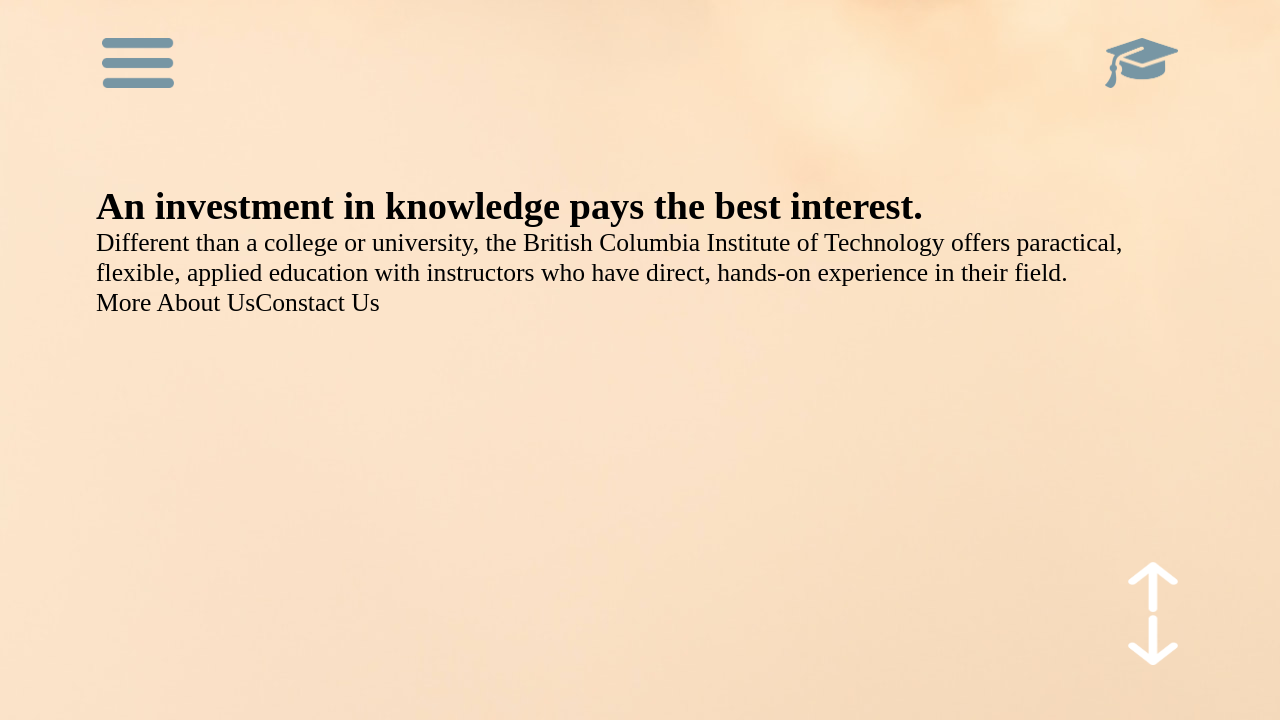
Repository: Kinakopan/playwright_bcit
Page: /
An editor plug-in stored every save of this project. The page is shown before and after the next save, followed by the edit.
The browser window is 1280 px wide. The pictures show the whole page.
Some web fonts or font styles are not loaded; a fallback is used. The project was rebuilt for these pictures with package versions that can differ from the ones it lists, and the page was loaded fresh each time. The framework's server and built-in components were replaced by stand-ins that run in the browser. Also part of the build but not shown: next.config.js.

Above is the page before, as saved 2023-01-28 10:46:21.

### pages/_app.js
// import '@/styles/globals.css'
import '../styles/globals.css'
import '../styles/variables.css'
import Head from 'next/head'

export default function App({ Component, pageProps }) {
  return (
    <>
      <Head>
        <title>Example #1</title>
        <meta name="description" content="Generated by create next app" />
        <meta name="viewport" content="width=device-width, initial-scale=1" />
        <link href="https://fonts.googleapis.com/css2?family=Myriad+Pro:wght@100;400;700&display=swap" rel="stylesheet" />
        <link rel="icon" href="/favicon.ico" />
      </Head>
      <Component {...pageProps} />
    </>
  )
}

### pages/index.js
// import axios from 'axios'
import Link from 'next/link';
import styles from '@/styles/Home.module.css';
import Arrow from '/components/arrow';
import Navbar from '/components/navbar';
import { Inter } from '@next/font/google';
import { useState, useEffect } from 'react';

const inter = Inter({ subsets: ['latin'] })

export default function Home() {
  // const [bgImg, setBgImg] = useState('/background-images/backgroundMountain.jpg');
  // const [upArrowClicked, setUpArrowClicked] = useState(false);
  // const [downArrowClicked, setDownArrowClicked] = useState(false);

  // useEffect(() => {
  //   if (upArrowClicked) {
  //     if (bgImg==='/background-images/backgroundMountainUpsideDown.jpg') {
  //       setBgImg('/background-images/backgroundMountain.jpg');
  //     }
  //   }
  // });

  // useEffect(() => {
  //   if (downArrowClicked) {
  //     if (bgImg===('/background-images/backgroundMountain.jpg')) {
  //       setBgImg('/background-images/backgroundMountainUpsideDown.jpg');
  //     }
  //   }
  // });

  return (
    <>
      <div
        className={styles.homeBody}
        // style={{backgroundImage: `url(${bgImg})`}}
        style={{backgroundImage: `url(/background-images/backgroundMountain.jpg)`}}
        >
        <div className={styles.wrapper}>

          <Navbar/>

          {/* Main contents under nav bar */}
          <main className={styles.main}>
            <div className={styles.cont_main}>
              <h2 className={styles.text_heading}>
                An investment in knowledge pays the best interest.
              </h2>
              <p className={styles.text_body}>
                Different than a college or university, the British Columbia Institute of Technology offers paractical, flexible, applied education with instructors who have direct, hands-on experience in their field.
              </p>
              <div className={styles.btnBox}>
                <Link
                  className={styles.btn_about}
                  href="/about">More About Us</Link>
                <Link
                  className={styles.btn_contact}
                  href="/contact">Constact Us</Link>
              </div>
            </div>
          </main>

          <Arrow/>

        </div>
      </div>
    </>
  )
}

### styles/variables.css
:root {
  --primary-color: |#fff;
  --secondary-color: #F4D6B9;
  --ternary-color: #7796A4;
  --quaternary-color: #14343D;
  --quinary-color: rgba(16,46,53,0.5);
}

### styles/Home.module.css
@import '/styles/variables.css';

.main {
  display: flex;
  flex-direction: column;
  justify-content: space-between;
  align-items: center;
  padding: 6rem;
  min-height: 100vh;
}

.description {
  display: inherit;
  justify-content: inherit;
  align-items: inherit;
  font-size: 0.85rem;
  max-width: var(--max-width);
  width: 100%;
  z-index: 2;
  font-family: var(--font-mono);
}

.description a {
  display: flex;
  justify-content: center;
  align-items: center;
  gap: 0.5rem;
}

.description p {
  position: relative;
  margin: 0;
  padding: 1rem;
  background-color: rgba(var(--callout-rgb), 0.5);
  border: 1px solid rgba(var(--callout-border-rgb), 0.3);
  border-radius: var(--border-radius);
}

.code {
  font-weight: 700;
  font-family: var(--font-mono);
}

.grid {
  display: grid;
  grid-template-columns: repeat(4, minmax(25%, auto));
  width: var(--max-width);
  max-width: 100%;
}

.card {
  padding: 1rem 1.2rem;
  border-radius: var(--border-radius);
  background: rgba(var(--card-rgb), 0);
  border: 1px solid rgba(var(--card-border-rgb), 0);
  transition: background 200ms, border 200ms;
}

.card span {
  display: inline-block;
  transition: transform 200ms;
}

.card h2 {
  font-weight: 600;
  margin-bottom: 0.7rem;
}

.card p {
  margin: 0;
  opacity: 0.6;
  font-size: 0.9rem;
  line-height: 1.5;
  max-width: 30ch;
}

.center {
  display: flex;
  justify-content: center;
  align-items: center;
  position: relative;
  padding: 4rem 0;
}

.center::before {
  background: var(--secondary-glow);
  border-radius: 50%;
  width: 480px;
  height: 360px;
  margin-left: -400px;
}

.center::after {
  background: var(--primary-glow);
  width: 240px;
  height: 180px;
  z-index: -1;
}

.center::before,
.center::after {
  content: '';
  left: 50%;
  position: absolute;
  filter: blur(45px);
  transform: translateZ(0);
}

.logo,
.thirteen {
  position: relative;
}

.thirteen {
  display: flex;
  justify-content: center;
  align-items: center;
  width: 75px;
  height: 75px;
  padding: 25px 10px;
  margin-left: 16px;
  transform: translateZ(0);
  border-radius: var(--border-radius);
  overflow: hidden;
  box-shadow: 0px 2px 8px -1px #0000001a;
}

.thirteen::before,
.thirteen::after {
  content: '';
  position: absolute;
  z-index: -1;
}

/* Conic Gradient Animation */
.thirteen::before {
  animation: 6s rotate linear infinite;
  width: 200%;
  height: 200%;
  background: var(--tile-border);
}

/* Inner Square */
.thirteen::after {
  inset: 0;
  padding: 1px;
  border-radius: var(--border-radius);
  background: linear-gradient(
    to bottom right,
    rgba(var(--tile-start-rgb), 1),
    rgba(var(--tile-end-rgb), 1)
  );
  background-clip: content-box;
}

/* Enable hover only on non-touch devices */
@media (hover: hover) and (pointer: fine) {
  .card:hover {
    background: rgba(var(--card-rgb), 0.1);
    border: 1px solid rgba(var(--card-border-rgb), 0.15);
  }

  .card:hover span {
    transform: translateX(4px);
  }
}

@media (prefers-reduced-motion) {
  .thirteen::before {
    animation: none;
  }

  .card:hover span {
    transform: none;
  }
}

/* Mobile */
@media (max-width: 700px) {
  .content {
    padding: 4rem;
  }

  .grid {
    grid-template-columns: 1fr;
    margin-bottom: 120px;
    max-width: 320px;
    text-align: center;
  }

  .card {
    padding: 1rem 2.5rem;
  }

  .card h2 {
    margin-bottom: 0.5rem;
  }

  .center {
    padding: 8rem 0 6rem;
  }

  .center::before {
    transform: none;
    height: 300px;
  }

  .description {
    font-size: 0.8rem;
  }

  .description a {
    padding: 1rem;
  }

  .description p,
  .description div {
    display: flex;
    justify-content: center;
    position: fixed;
    width: 100%;
  }

  .description p {
    align-items: center;
    inset: 0 0 auto;
    padding: 2rem 1rem 1.4rem;
    border-radius: 0;
    border: none;
    border-bottom: 1px solid rgba(var(--callout-border-rgb), 0.25);
    background: linear-gradient(
      to bottom,
      rgba(var(--background-start-rgb), 1),
      rgba(var(--callout-rgb), 0.5)
    );
    background-clip: padding-box;
    backdrop-filter: blur(24px);
  }

  .description div {
    align-items: flex-end;
    pointer-events: none;
    inset: auto 0 0;
    padding: 2rem;
    height: 200px;
    background: linear-gradient(
      to bottom,
      transparent 0%,
      rgb(var(--background-end-rgb)) 40%
    );
    z-index: 1;
  }
}

/* Tablet and Smaller Desktop */
@media (min-width: 701px) and (max-width: 1120px) {
  .grid {
    grid-template-columns: repeat(2, 50%);
  }
}

@media (prefers-color-scheme: dark) {
  .vercelLogo {
    filter: invert(1);
  }

  .logo,
  .thirteen img {
    filter: invert(1) drop-shadow(0 0 0.3rem #ffffff70);
  }
}

@keyframes rotate {
  from {
    transform: rotate(360deg);
  }
  to {
    transform: rotate(0deg);
  }
}



/*****************************
******************************
            AUTHOR
******************************
*****************************/

/*============================
    From here - Common Style
============================*/
/* From here - components/navbar.js */
.nav {
  display: flex;
  flex-direction: row;
  justify-content: space-between;
  width: 100%;
  padding: 3% 8% 0 8%;
}

.burgar,
.hat {
  width: fit-content;
}

/* From here - components/arrow.js */
.arrowBox {
  flex: 1;
  display: flex;
  flex-direction: column;
  justify-content: space-between;
  align-items: flex-end;
  position: fixed;
  width: fit-content;
  height: 12%;
  right: 8%;
  bottom: 10%;
}

.arrowBox * {
  background: transparent;
  border: none;
}

/* From here - general */
.body_home,
.body_about,
.body_contact,
.wrapper {
  display: flex;
  flex-direction: column;
  width: 100vw;
  height: 100vh;
  overflow: hidden;
}

.body_home,
.body_about,
.body_contact {
  /* font-size: 62.5%; */
  background-size: cover;
  background-position: center;
  background-repeat: no-repeat;
  line-height: 1.5;
  font-family: 'Myriad Pro', sans-serif;
  font-weight: 100;
  text-align: left;
}

.wrapper {
  font-size: 1.6rem;
  background-size: cover;
}

.main {
  display: flex;
  width: 100%;
}

/* .text_heading_h1 {

}

.text_heading_h2 {

} */
/*============================
    From here - Home Page
============================*/
.body_home .main {
  flex-direction: row;
  justify-content: flex-start;
  align-items: flex-end;
  padding: 0 0 12% 21%;
}

.body_home .cont_main {
  display: flex;
  flex-direction: column;
  width: 48%;
}

.body_home .cont_main * {
  color: var(--primary-color);
}

.body_home .text_heading {
  font-family: 'Myriad Pro', sans-serif;
  /* font-size: 3.6rem; */
  font-size: 220%;
  line-height: 1.3;
  padding-bottom: 3%;
  margin-bottom: 3%;
  border-bottom: 4px solid;
  border-image: linear-gradient(to right, rgba(244,214,185,1) 0%, rgba(244,214,185,1) 69%, rgba(244,214,185,0) 69%, rgba(244,214,185,0) 100%) 1;
}

.body_home .text_body,
.body_home .btnBox * {
  opacity: .9;
}

.body_home .btnBox {
  display: flex;
  flex-direction: row;
}

.body_home .btnBox * {
  font-size: 1.4rem;
  background: transparent;
  padding: .3% 3%;
  border: 3px solid;
  border-color: var(--primary-color);
  border-radius: 10px;
  margin: 3% 2.5% 0 0;
}

.body_home .btn_about:hover {
  color: transparent;
  background: white;
}

/*============================
    From here - About Page
============================*/
.body_about {
  background: var(--quaternary-color);
}

/* .body_about .main {

} */

.body_about .text_heading {
  display: flex;
  align-items: center;
}

.body_about .text_heading::before,
.body_about .text_heading::after {
  content: "";
  height: 1px;
  flex-grow: 1;
  background: var(--primary-glow);
}

.body_about .text_heading::before {
  margin-right: 1rem;
}

.body_about .text_heading::after {
  margin-left: 1rem;
}

.body_about .text_body {
  display: flex;
  justify-content: flex-start;
  align-items: flex-start;
}


/*============================
    From here - Contact Page
============================*/

### components/arrow.js
import Image from 'next/image';
import styles from '@/styles/Home.module.css';

export default function Arrow() {
  return (
    <div className={styles.arrowBox}>
      <button
        className={styles.arrowDown}
        onClick={() => setUpArrowClicked(true)}
      >
        <Image
          src='/icons/upwardArrow.png'
          alt="Upward arrow icon"
          width={50}
          height={50}
        />
      </button>

      <button
        className={styles.arrowDown}
        onClick={() => setDownArrowClicked(true)}
      >
        <Image
          src='/icons/downwardArrow.png'
          alt="Downward arrow icon"
          width={50}
          height={50}
        />
      </button>
    </div>
  )
}

### components/navbar.js
import Image from 'next/image';
import styles from '@/styles/Home.module.css';

export default function Navbar() {
  return (
    <nav className={styles.nav}>
      <Image
        className={styles.burgar}
        src='/icons/menu-icon.png'
        alt="menu icon"
        width={50}
        height={50}
      />
      <Image
        className={styles.hat}
        src='/icons/graduation-hat.png'
        alt="Graduation hat icon"
        width={50}
        height={50}
      />
    </nav>
  )
}

Loaded but not shown: pages/_document.js (common file); styles/globals.css (common file)

After the next save:
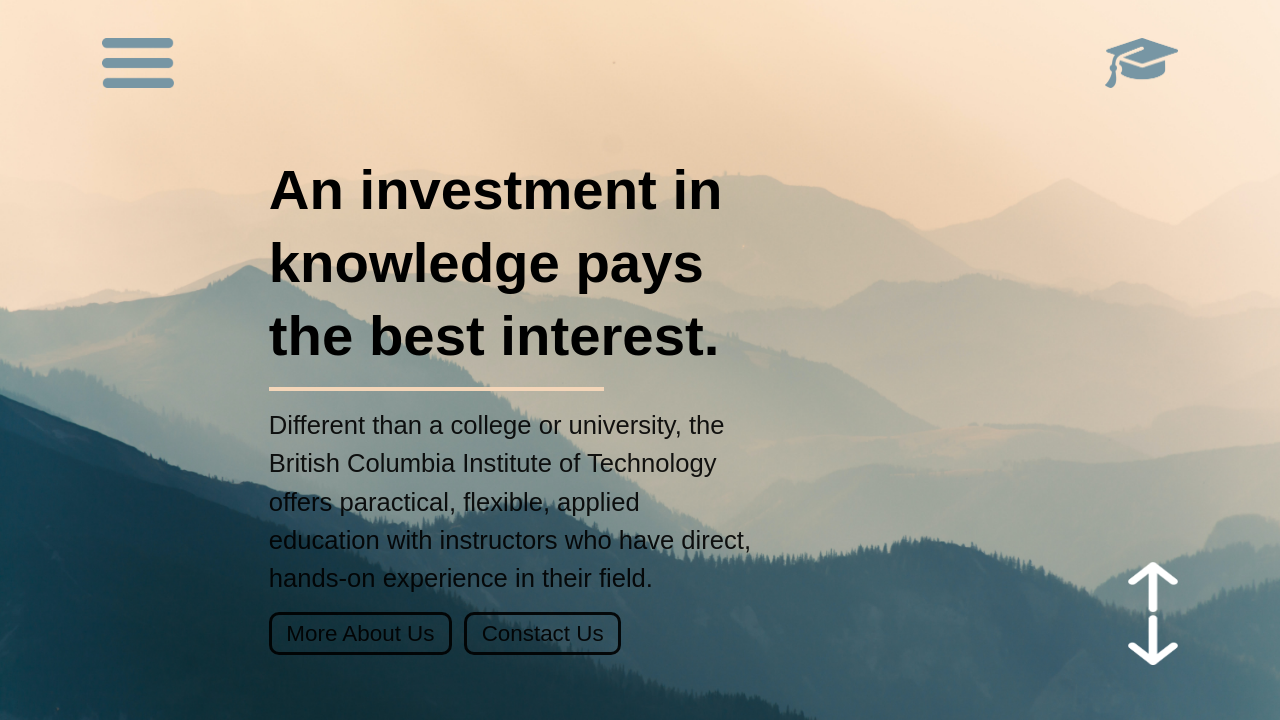
Saved 8 s later.
--- a/pages/index.js
+++ b/pages/index.js
@@ -32,7 +32,7 @@
   return (
     <>
       <div
-        className={styles.homeBody}
+        className={styles.body_home}
         // style={{backgroundImage: `url(${bgImg})`}}
         style={{backgroundImage: `url(/background-images/backgroundMountain.jpg)`}}
         >
